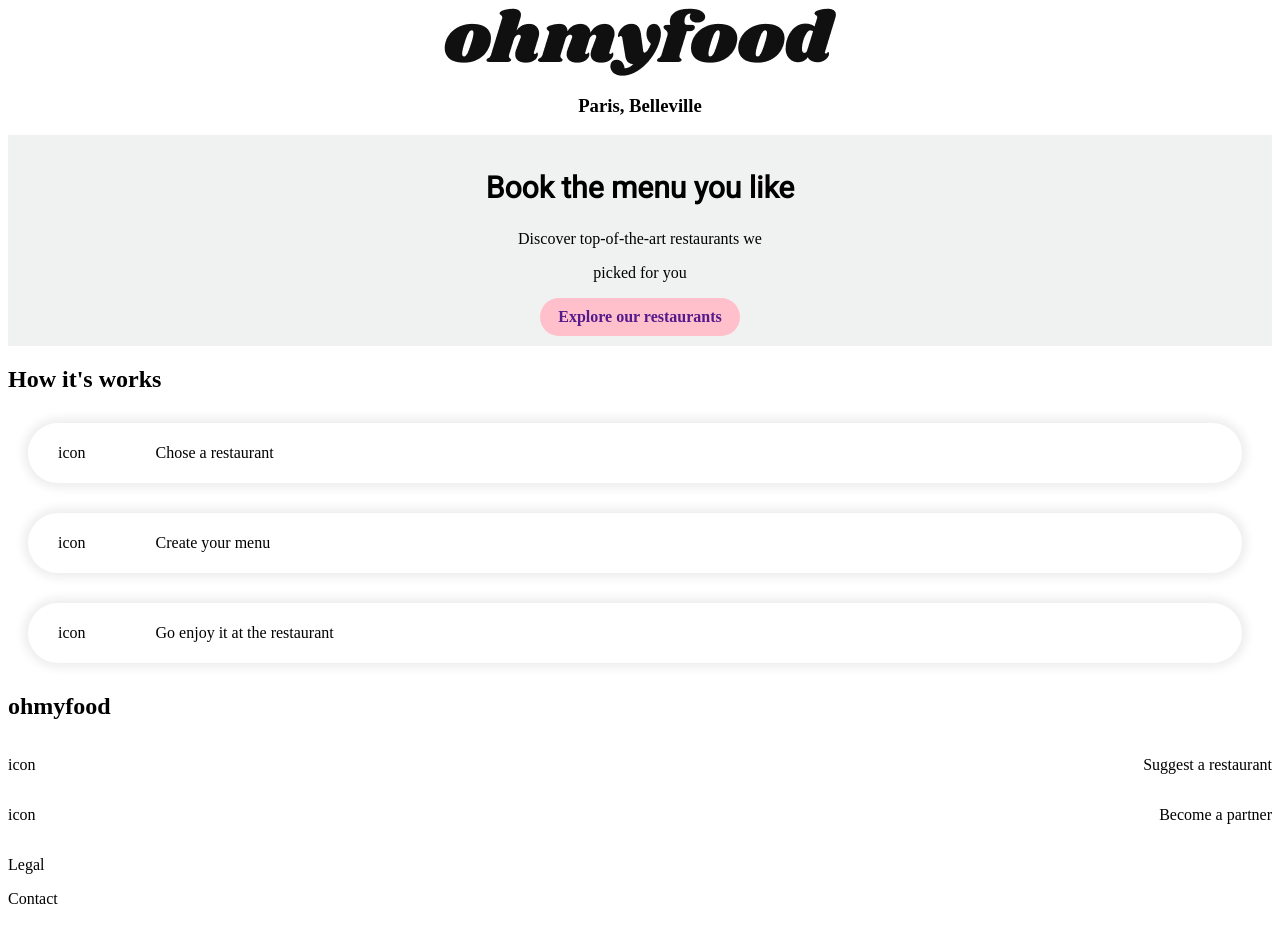
Repository: ailahin/ohmyfood
Page: Index.html
These files come from the project's save history. The page is drawn as it stood at one moment and after the next save; the edit follows.
The browser window is 1280 px wide. The pictures show the whole page.
Some web fonts or font styles are not loaded; a fallback is used.

Above is the page before, as saved 2023-08-12 04:38:57.

After the next save:
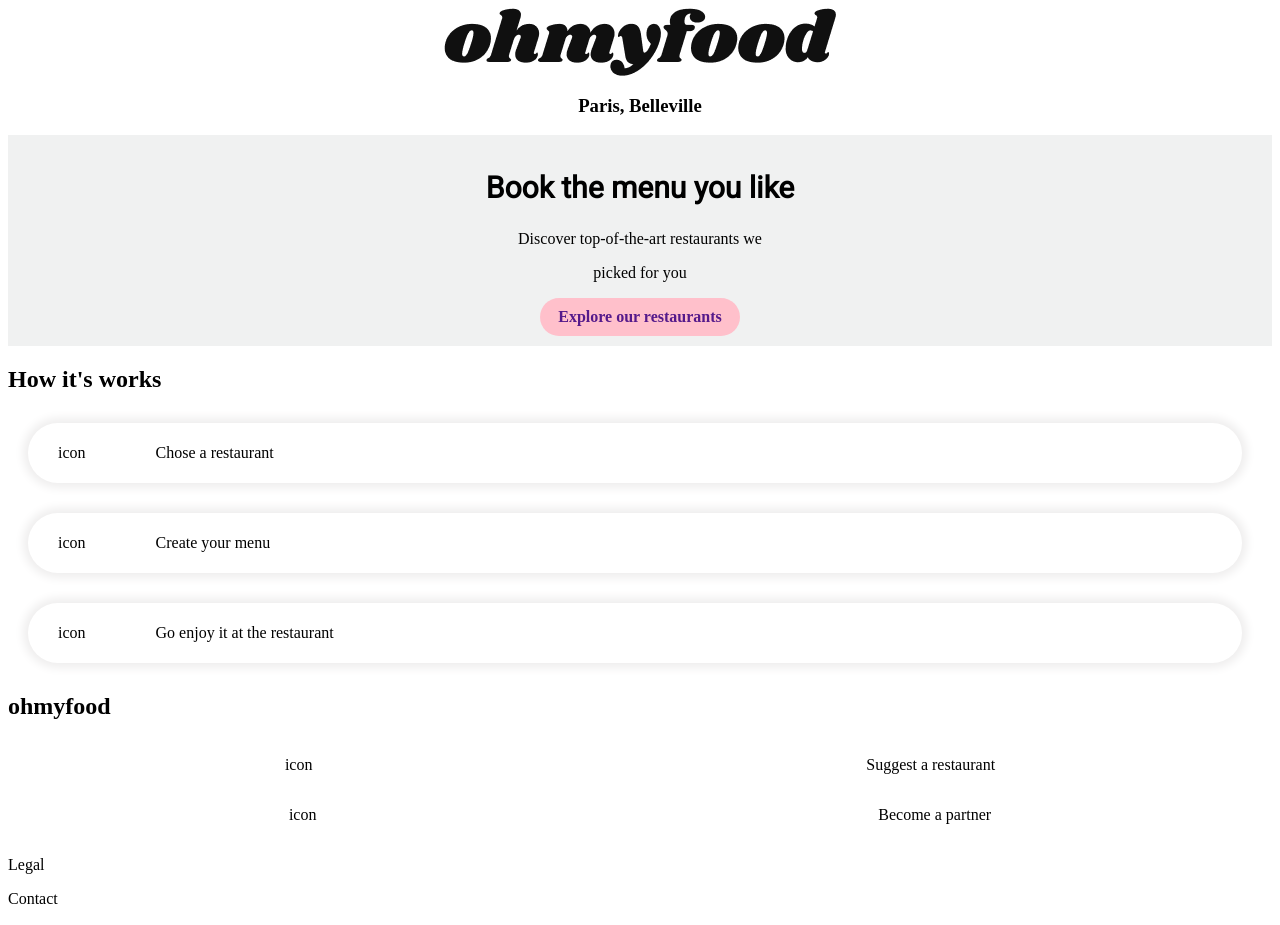
Saved 12 s later.
--- a/index.css
+++ b/index.css
@@ -87,6 +87,6 @@ nav{
     }
     .icon-text{
         display: flex;
-        justify-content:space-between
+        justify-content:space-around
     }
 }
